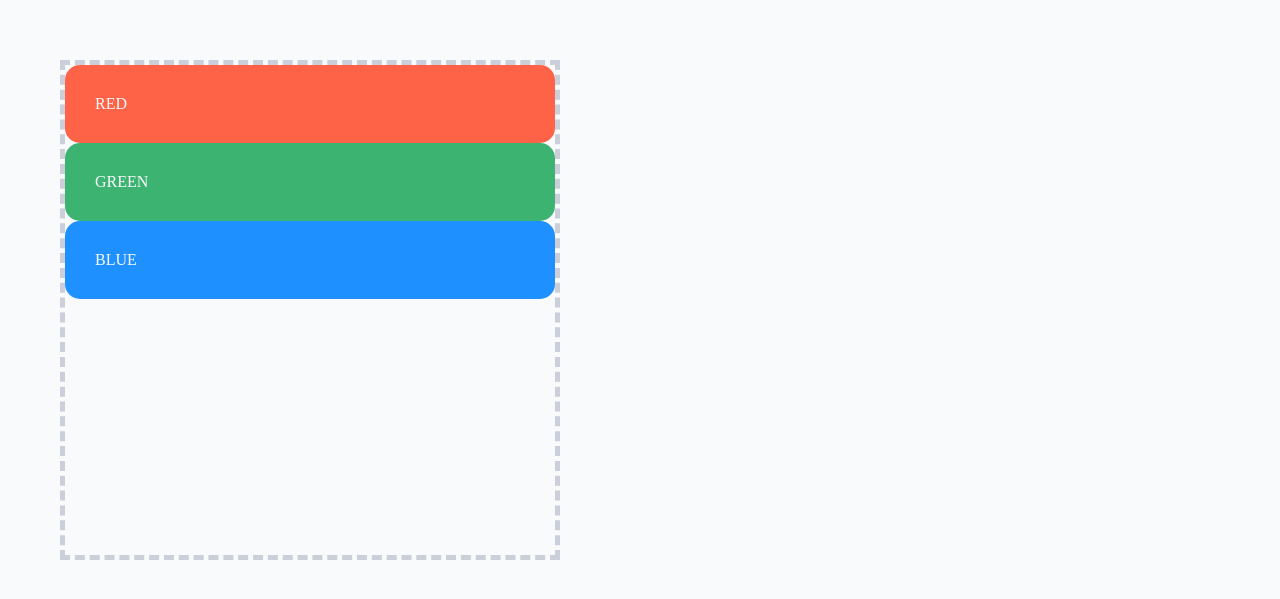
Repository: daeun0220/KB_EDU_JAVA
Page: work03_FrontUI/front03_CSS3/src/main/webapp/css03_flexbox3.html
An editor plug-in stored every save of this project. The page is shown before and after the next save, followed by the edit.
The browser window is 1280 px wide. The pictures show the whole page.

Above is the page before, as saved 2023-08-09 01:57:06.

After the next save:
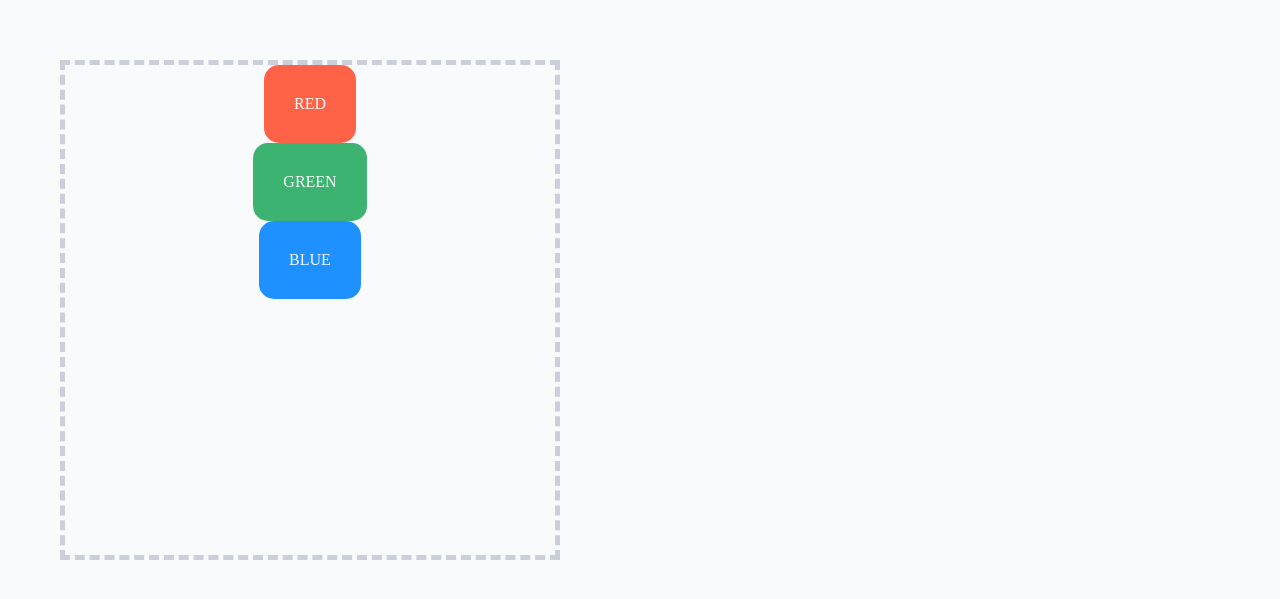
Saved 2 min 59 s later.
--- a/work03_FrontUI/front03_CSS3/src/main/webapp/css03_flexbox3.html
+++ b/work03_FrontUI/front03_CSS3/src/main/webapp/css03_flexbox3.html
@@ -3,7 +3,7 @@
 2. 요소들 간의 정렬
    기본측 배치에 있어서 요소들간의 정렬 :: justify-content
    (기본측 : 중앙정렬)
- 3. 교차측 :: align
+ 3. 교차측 정렬 :: align
  -->
 <!DOCTYPE html>
 <html>
@@ -26,6 +26,7 @@ body {
 	height: 500px;
 	display: flex;
 	flex-direction: column;
+	align-items: center;
 
 }
 
